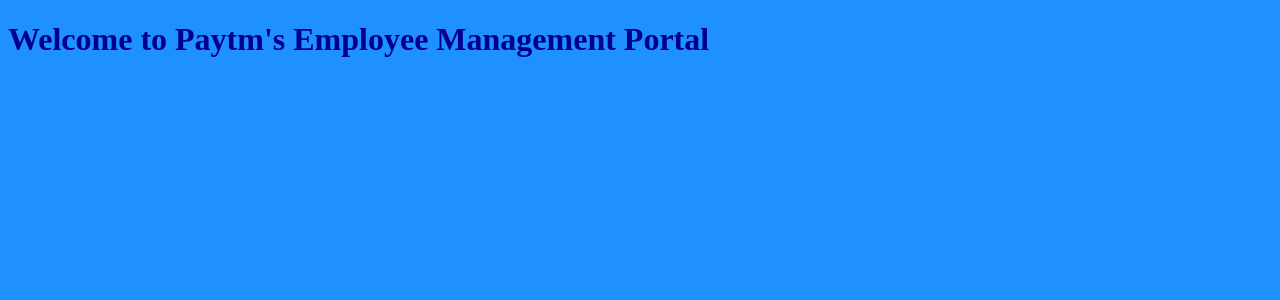
Repository: kimchiLover/BackupProjectsOnPC
Page: eclipse-oauth/ManageEmpApp/WebContent/index.html
The author's editor kept a copy of each file at every save. The page is drawn from the files as they stood at one save, then again after the next save.
The browser window is 1280 px wide. The pictures show the whole page.

Above is the page before, as saved 2019-07-18 08:55:47.

After the next save:
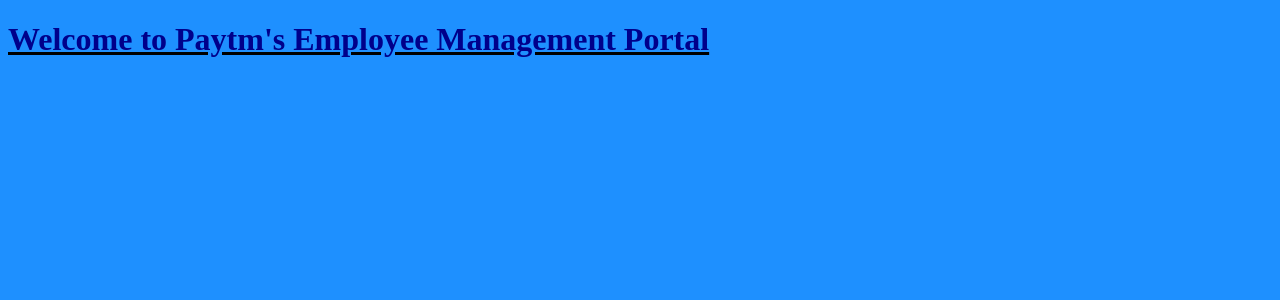
Saved 3 min 37 s later.
--- a/eclipse-oauth/ManageEmpApp/WebContent/index.html
+++ b/eclipse-oauth/ManageEmpApp/WebContent/index.html
@@ -5,6 +5,6 @@
 <title>Paytm Emp Portal</title>
 </head>
 <body style="background-color:DodgerBlue;">
-<u></u><h1 style="color:DarkBlue;">Welcome to Paytm's Employee Management Portal</h1></u>
+<u><h1 style="color:DarkBlue;">Welcome to Paytm's Employee Management Portal</h1></u>
 </body>
 </html>
